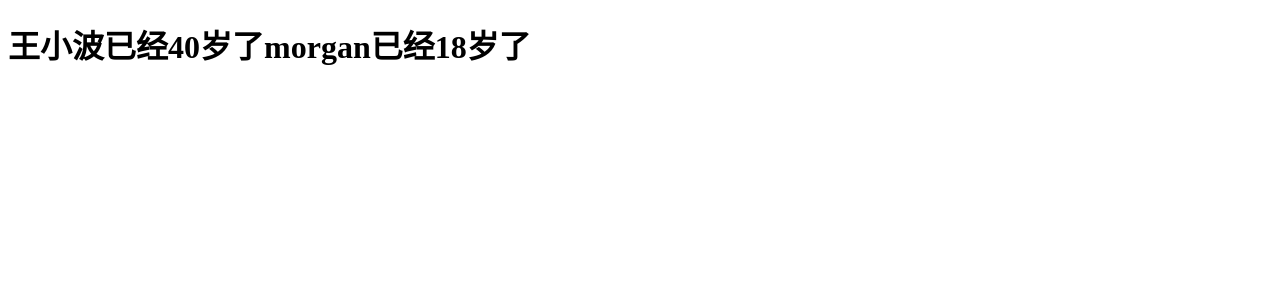
Repository: Hminister/learnReact
Page: /
These files come from the project's save history. The page is drawn as it stood at one moment and after the next save; the edit follows.
The browser window is 1280 px wide. The pictures show the whole page.
The project was rebuilt for these pictures with package versions that can differ from the ones it lists, and the page was loaded fresh each time.

Above is the page before, as saved 2020-08-20 15:37:06.

After the next save:
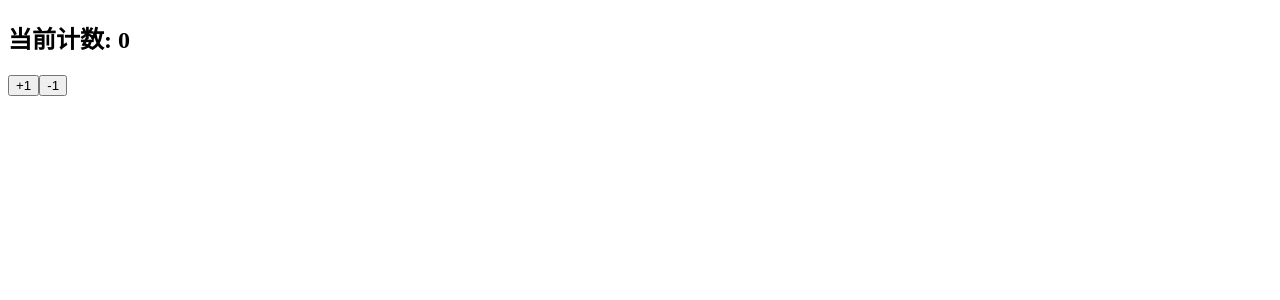
Saved 21 s later.
--- a/src/app.js
+++ b/src/app.js
@@ -44,39 +44,33 @@ import PropTypes from 'prop-types'
 
 
 
-// 子组件是function类型的传值
-function Tip (props) {
-    const { name, age } = props
-    return `${name}已经${age}岁了`
-}
-
-
-//子组件是class类型的传值
-class Content extends Component {
-    constructor(props) {
-        super(props)
-    }
-    render () {
-        const { name, age } = this.props
-        return `${name}已经${age}岁了`
-    }
+function CounterButton (props) {
+    const { operator, btnClick } = props;
+    return <button onClick={btnClick}>{operator}</button>
 }
 
 export default class App extends Component {
+    constructor(props) {
+        super(props);
+
+        this.state = {
+            counter: 0
+        }
+    }
+
+    changeCounter (count) {
+        this.setState({
+            counter: this.state.counter + count
+        })
+    }
+
     render () {
-        return (<h1>
-            <Content></Content>
-            <Tip name={'morgan'} age={18}></Tip>
-        </h1>)
+        return (
+            <div>
+                <h2>当前计数: {this.state.counter}</h2>
+                <CounterButton operator="+1" btnClick={e => this.changeCounter(1)} />
+                <CounterButton operator="-1" btnClick={e => this.changeCounter(-1)} />
+            </div>
+        )
     }
 }
-
-Tip.proptypes = {
-    name: PropTypes.string,
-    age: PropTypes.number,
-}
-
-Content.defaultProps = {
-    name: "王小波",
-    age: 40,
-}
